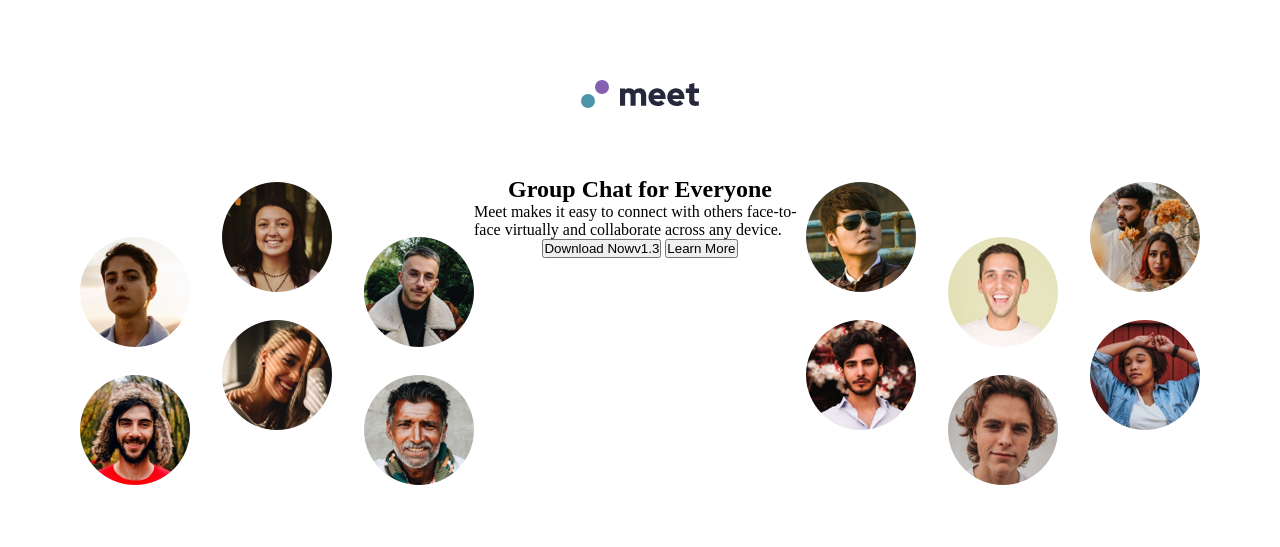
Repository: brandontaylor1/meet-landing-page
Page: index.html
The author's editor kept a copy of each file at every save. The page is drawn from the files as they stood at one save, then again after the next save.
The browser window is 1280 px wide. The pictures show the whole page.

Above is the page before, as saved 2025-01-11 19:27:46.

After the next save:
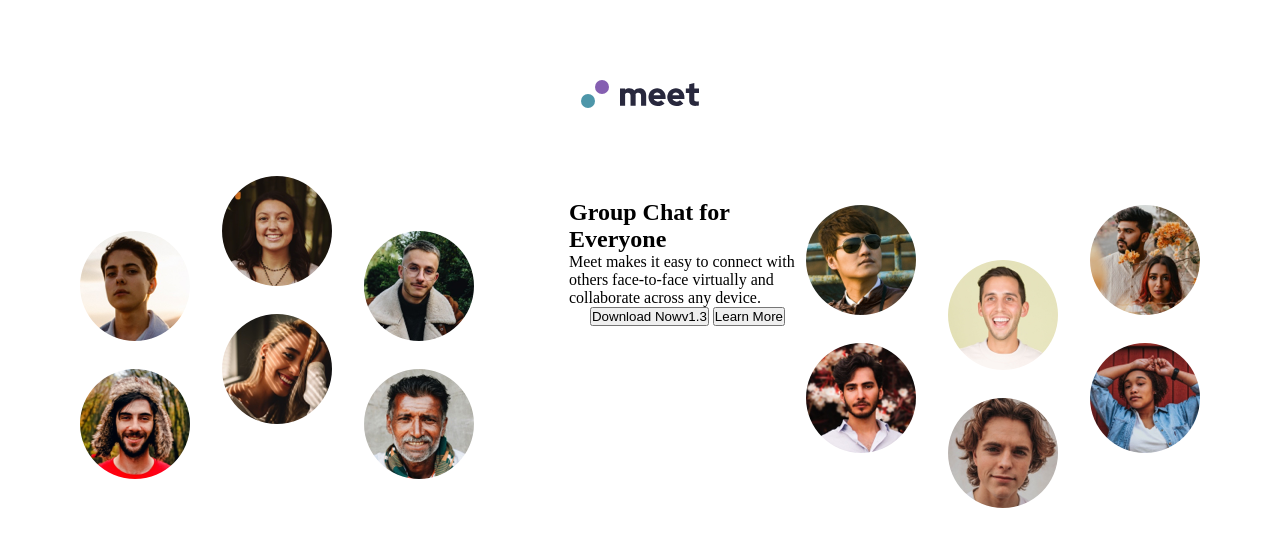
Saved 35 s later.
--- a/styles.css
+++ b/styles.css
@@ -34,6 +34,10 @@
     padding: 64px 80px;
 }
 
+.left-faces {
+    padding-right: 95px;
+    padding-bottom: 57px;
+}
 
 .hero-content {
     display: flex;
